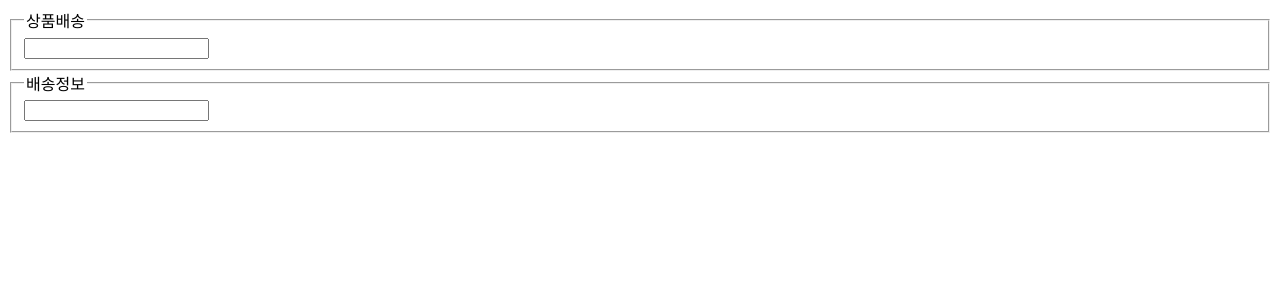
Repository: Kebiskim/2023_WebStudy
Page: 01_01_html/src/main/webapp/day04/Ex02_Form.html
An editor plug-in stored every save of this project. The page is shown before and after the next save, followed by the edit.
The browser window is 1280 px wide. The pictures show the whole page.

Above is the page before, as saved 2023-06-22 02:47:28.

### 01_01_html/src/main/webapp/day04/Ex02_Form.html
<!DOCTYPE html>
<html>
<head>
<meta charset="UTF-8">
<title>form</title>
</head>
<body>
 <form>
 	<fieldset>
 		<legend>상품배송</legend>
 		<input type="text">
 	</fieldset>
 	<fieldset>
 		<legend>배송정보</legend>
		<input type="text">
 	</fieldset>
 </form>

</body>
</html>

After the next save:
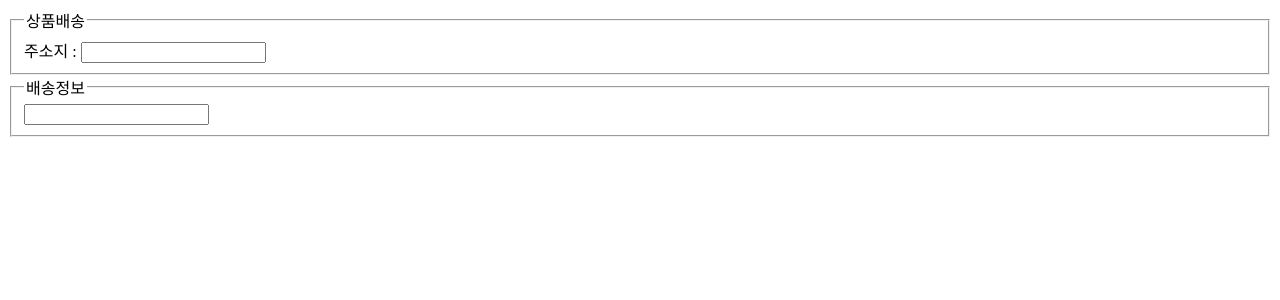
Saved 50 s later.
--- a/01_01_html/src/main/webapp/day04/Ex02_Form.html
+++ b/01_01_html/src/main/webapp/day04/Ex02_Form.html
@@ -8,7 +8,7 @@
  <form>
  	<fieldset>
  		<legend>상품배송</legend>
- 		<input type="text">
+ 		주소지 : <input type="text">
  	</fieldset>
  	<fieldset>
  		<legend>배송정보</legend>
